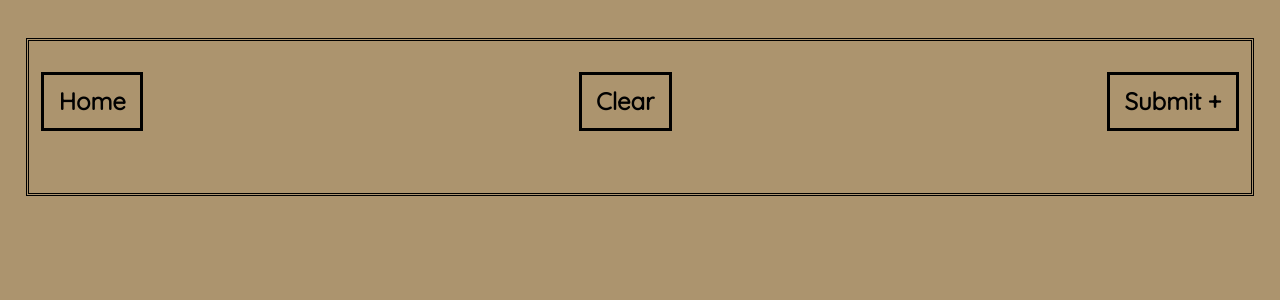
Repository: rickypcyt/ricky-react-portfolio
Page: /WebMural
An editor plug-in stored every save of this project. The page is shown before and after a run of saves, followed by the edit.
The browser window is 1280 px wide. The pictures show the whole page.
The project was rebuilt for these pictures with package versions that can differ from the ones it lists, and the page was loaded fresh each time. Also part of the build but not shown: src/Content.js, src/pages/Info.js, src/pages/Projects.js, src/pages/Contact.js, src/pages/NotesJS.js.

Above is the page before, as saved 2022-09-12 14:16:35.

### src/index.js
import React from "react";
import ReactDOM from "react-dom/client";
import "./index.css";
import App from "./App";
import reportWebVitals from "./reportWebVitals";
import { BrowserRouter, Routes, Route, Switch } from "react-router-dom";

const root = ReactDOM.createRoot(document.getElementById("root"));
root.render(
  <React.StrictMode>
    <BrowserRouter>
      <App />
    </BrowserRouter>
  </React.StrictMode>
);

// If you want to start measuring performance in your app, pass a function
// to log results (for example: reportWebVitals(console.log))
// or send to an analytics endpoint. Learn more: https://bit.ly/CRA-vitals
reportWebVitals();

### src/index.css
@import url("https://fonts.googleapis.com/css2?family=Quicksand");

input[type="file"] {
  display: none;
}
.container {
  top: 0%;
  left: 0%;
}
::marker {
  display: none;
}
.image-container {
  width: 100%;
  margin: auto;
  display: flex;
  flex-direction: row;
  justify-content: space-evenly;
  gap: 15px;
  padding: 10px;
}
body {
  line-height: 1;
  font-family: "Quicksand";
  font-size: large;
  margin: 2%;
  padding: 1%;
  border-style: double;
  margin-top: 3%;
  background: #ac946e;
}
ol {
  list-style: none;
  display: flex;
  padding: 0;
  justify-content: space-between;
  align-items: flex-start;
  display: flex;
  flex-wrap: wrap;
  align-content: center;
}
.content {
  position: absolute;
  right: calc(var(--pad) * 2);
  bottom: calc(var(--pad) * 2);
  white-space: nowrap;
}
.parrafo {
  line-height: 1.5;
  text-align: end;
  font-size: larger;
}
.parrafo span {
  display: block;
}
.titulo {
  margin: 0;
}
.oli {
  font-weight: bold;
  border-style: solid;
  font-size: x-large;
  padding: 1ch;
}
.descripcion {
  font-weight: lighter;
  font-style: oblique;
}
.oli:hover {
  color: black;
  border-style: dotted;
}
.page {
  padding-top: 2%;
  padding-bottom: 3%;
}
.pageContact {
  padding-top: 8%;
  padding-bottom: 9%;
}
.cabeceranavi {
  padding-bottom: 1%;
}
p {
  font-weight: bold;
}
a {
  color: black;
  text-decoration: none;
  padding: 0ch;
}
span {
  font-size: larger;
}
li {
  width: 7%;
  height: 10%;
}
ul {
  list-style-type: none;
  margin: 0%;
  display: flex;
  align-items: center;
  flex-direction: row;
  padding-top: 5%;
  padding-bottom: 5%;
  padding-left: 0%;
  justify-content: space-around;
}
.imagenes {
  display: block;
  height: auto;
  width: auto;
  padding-top: 5%;
  padding-bottom: 5%;
}

.imagenesproyect {
  position: relative;
}
.fixer {
  display: flex;
  flex-direction: row;
  justify-content: space-evenly;
  padding-bottom: 3%;
}
.overlay {
  position: absolute;
  top: 0.83cm;

  background: rgb(0, 0, 0);
  background: rgb(2, 0.3, 0.9, 0.6); /* Black see-through */
  color: #f1f1f1;
  width: 100%;
  transition: 0.5s ease;
  color: white;
  text-align: center;
  font-size: 20px;
  padding-top: 20px;
  padding-bottom: 20px;
  opacity: 0;
}
.imagenesproyect:hover .overlay {
  opacity: 1;
}
.overlay2 {
  position: absolute;
  bottom: 8%;
  background: rgb(0, 0, 0);
  background: rgba(40, 40, 40, 0.6); /* Black see-through */
  color: #f1f1f1;
  width: 100%;
  transition: 0.5s ease;
  color: white;
  text-align: center;
  font-size: 20px;
  padding-top: 20px;
  padding-bottom: 20px;
  opacity: 0;
}
.imagenesproyect:hover .overlay2 {
  opacity: 1;
}

.homeinfo {
  font-size: x-large;
}

@media screen and (max-width: 1340px) {
  .fixer {
    flex-direction: column;
    justify-content: center;
  }
  .imagenes {
    height: auto;
    width: 100%;
  }
  ol {
  }
}

.image-container {
  width: auto;
  margin: auto;
  /* display: flex; */
  flex-wrap: wrap;
  gap: 15px;
  padding: 10px;
}

.image-container img {
  max-width: 100%;
  max-height: 225px;
}

.container .image-container .image {
  border: 4px solid black;
  overflow: hidden;
  /* cursor: pointer; */
}

.container .image-container .image img {
  height: 100%;
  width: 100%;
}
@media (max-width: 700px) {
  .image-container img {
    max-height: -10px;
  }
}

.image:hover {
  transform: scale(1.15); /* (150% zoom - Note: if the zoom is too large, it will go outside of the viewport) */
}

.oli:hover {
  transform: scale(1.15); /* (150% zoom - Note: if the zoom is too large, it will go outside of the viewport) */
}

### src/App.js
import Content from "./Content";
import Info from "./pages/Info";
import Projects from "./pages/Projects";
import Contact from "./pages/Contact";
import WebMural from "./pages/WebMural";
import NotesJS from "./pages/NotesJS";
import { Route, Routes, Switch } from "react-router-dom";

function App() {
  return (
    <>
      <Routes>
        <Route path="/" element={<Content />}/>
        <Route path="/Projects" element={<Projects />} />
        <Route path="/Info" element={<Info />} />
        <Route path="/Contact" element={<Contact />} />
        <Route path="/WebMural" element={<WebMural />} />
        <Route path="/NotesJS" element={<NotesJS />} />
      </Routes>
    </>
  );
}
export default App;

### src/pages/WebMural.js
import React, { useState } from "react";
import { Link, useMatch, useResolvedPath } from "react-router-dom";


const UploadAndDisplayImage = () => {
  const [selectedFiles, setSelectedFiles] = useState([]);
  const handleImageChange = (e) => {
    setSelectedFiles([]);
    if (e.target.files) {
      const filesArray = Array.from(e.target.files).map((file) =>
        URL.createObjectURL(file)
      );
      setSelectedFiles((prevImages) => prevImages.concat(filesArray));
      Array.from(e.target.files).map((file) => URL.revokeObjectURL(file));
    }
  };

  const renderPhotos = (source) => {
    return source.map((photo) => {
      return (
        <div class="container">
          <figure class="image-container">
            <img className="image" src={photo} alt="" key={photo} />
          </figure>
        </div>
      );
    });
  };

  return (
    <main>
      <nav className="cabeceranavi">
        <ol>
          <a
            href="https://google.com"
            target="_blank"
            rel="noopener noreferrer"
            className="oli"
          >
            Home
          </a>
          <nav className="oli" onClick={() => handleImageChange(null)}>
            Clear
          </nav>
          <label for="upload-button">
            <nav>
              <input
                type="file"
                id="upload-button"
                multiple="multiple"
                accept="image/*"
                onChange={handleImageChange}
              />
              <div class="oli"> Submit + </div>
            </nav>
          </label>
        </ol>
      </nav>
      {selectedFiles && (
        <div className="paddingimxd">
          <div class="image-container">{renderPhotos(selectedFiles)}</div>
        </div>
      )}
    </main>
  );
};

export default UploadAndDisplayImage;

function CustomLink({ to, children, ...props }) {
  const resolvedPath = useResolvedPath(to);
  const isActive = useMatch({ path: resolvedPath.pathname, end: true });
  return (
    <li className={isActive ? "active" : ""}>
      <Link to={to} {...props}>
        {children}
      </Link>
    </li>
  );
}

### src/csswebmural.css
@import url("https://fonts.googleapis.com/css2?family=Quicksand");

input[type="file"] {
  display: none;
}
.container {
  top: 0%;
  left: 0%;
}
::marker {
  display: none;
}
.paddingimxd {
  padding-top: 2%;
}
.image-container {
  width: 100%;
  margin: auto;
  display: flex;
  flex-direction: row;
  justify-content: space-evenly;
  gap: 15px;
  padding: 10px;
  background-color: whitesmoke;
}
html {
  background: whitesmoke;
}

body {
  line-height: 1;
  font-family: "Quicksand";
  font-size: large;
  margin: 0%;
  padding: 0%;
}
main {
  top: 10%;
}
ol {
  list-style: none;
  display: flex;
  padding: 0;
  align-items: flex-start;
  justify-content: space-around;
  display: flex;
  flex-wrap: wrap;
  align-content: center;
  margin: 0;
}
.content {
  position: absolute;
  right: calc(var(--pad) * 2);
  bottom: calc(var(--pad) * 2);
  white-space: nowrap;
}
.parrafo {
  line-height: 1.5;
  text-align: end;
  font-size: larger;
}
.parrafo span {
  display: block;
}
.titulo {
  margin: 0;
}
.oli {
  font-weight: bold;
  border-style: inset;
  border-color: whitesmoke;
  color: white;

  font-size: x-large;
  padding: 1ch;
}
.descripcion {
  font-weight: lighter;
  font-style: oblique;
}
.oli:hover {
  color: whitesmoke;
  border-style: outset;
  border-color: whitesmoke;
}
.page {
  padding-top: 2%;
  padding-bottom: 3%;
}
.pageContact {
  padding-top: 8%;
  padding-bottom: 9%;
}
.cabeceranavi {
  padding-bottom: 2%;
  padding-top: 2%;
  background-color: black;
  box-shadow: 0 10px 16px 0 rgb(0 0 0 / 20%), 0 6px 20px 0 rgb(0 0 0 / 19%) !important;
}
p {
  font-weight: bold;
}
a {
  color: black;
  text-decoration: none;
  padding: 0ch;
}
span {
  font-size: larger;
}
li {
  width: 7%;
  height: 10%;
}
ul {
  list-style-type: none;
  margin: 0%;
  display: flex;
  align-items: center;
  flex-direction: row;
  padding-top: 5%;
  padding-bottom: 5%;
  padding-left: 0%;
  justify-content: space-around;
}
.imagenes {
  display: block;
  height: auto;
  width: auto;
  padding-top: 5%;
  padding-bottom: 5%;

}

.imagenesproyect {
  position: relative;
}
.fixer {
  display: flex;
  flex-direction: row;
  justify-content: space-evenly;
  padding-bottom: 3%;
}
.overlay {
  position: absolute;
  top: 0.83cm;

  background: rgb(0, 0, 0);
  background: rgb(2, 0.3, 0.9, 0.6); /* Black see-through */
  color: #f1f1f1;
  width: 100%;
  transition: 0.5s ease;
  color: white;
  text-align: center;
  font-size: 20px;
  padding-top: 20px;
  padding-bottom: 20px;
  opacity: 0;
}
.imagenesproyect:hover .overlay {
  opacity: 1;
}
.overlay2 {
  position: absolute;
  bottom: 8%;
  background: rgb(0, 0, 0);
  background: rgba(40, 40, 40, 0.6); /* Black see-through */
  color: #f1f1f1;
  width: 100%;
  transition: 0.5s ease;
  color: white;
  text-align: center;
  font-size: 20px;
  padding-top: 20px;
  padding-bottom: 20px;
  opacity: 0;
}
.imagenesproyect:hover .overlay2 {
  opacity: 1;
}

.homeinfo {
  font-size: x-large;
}

@media screen and (max-width: 1340px) {
  .fixer {
    flex-direction: column;
    justify-content: center;
  }
  .imagenes {
    height: auto;
    width: 100%;
  }
  ol {
  }
}

.image-container {
  width: auto;
  margin: auto;
  /* display: flex; */
  flex-wrap: wrap;
  gap: 15px;
  padding: 10px;
}

.image-container img {
  max-width: 100%;
  max-height: 225px;
}

.container .image-container .image {
  border: 4px solid black;
  overflow: hidden;

  /* cursor: pointer; */
}

.container .image-container .image img {
  height: 100%;
  width: 100%;
}
@media (max-width: 700px) {
  .image-container img {
    max-height: -10px;
  }
}

.image:hover {
  box-shadow: 0 10px 16px 0 rgb(0 0 0 / 20%), 0 6px 20px 0 rgb(0 0 0 / 19%) !important;

  transform: scale(
    1.15
  ); /* (150% zoom - Note: if the zoom is too large, it will go outside of the viewport) */
}

Loaded but not shown: public/index.html (common file); src/reportWebVitals.js (common file)

After the next 2 saves:
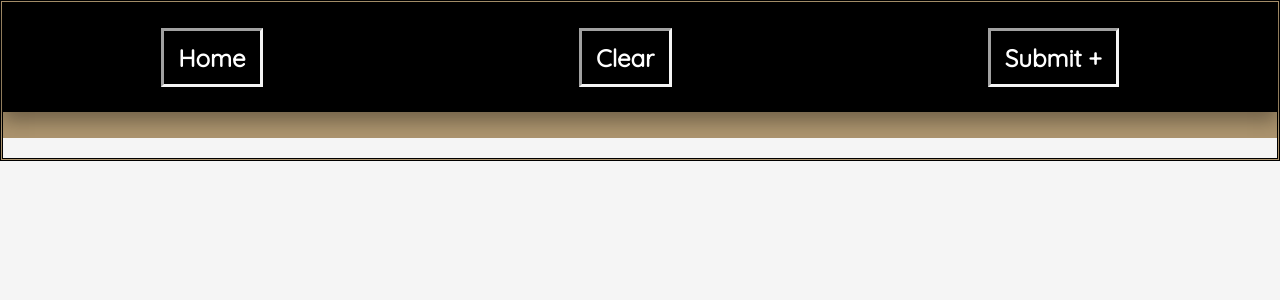
The 2 saves are shown as one change because 1 did not build or start.
The last was saved 20 s later.
--- a/src/pages/WebMural.js
+++ b/src/pages/WebMural.js
@@ -1,4 +1,6 @@
 import React, { useState } from "react";
+import "../csswebmural.css";
+
 import { Link, useMatch, useResolvedPath } from "react-router-dom";
 
 
